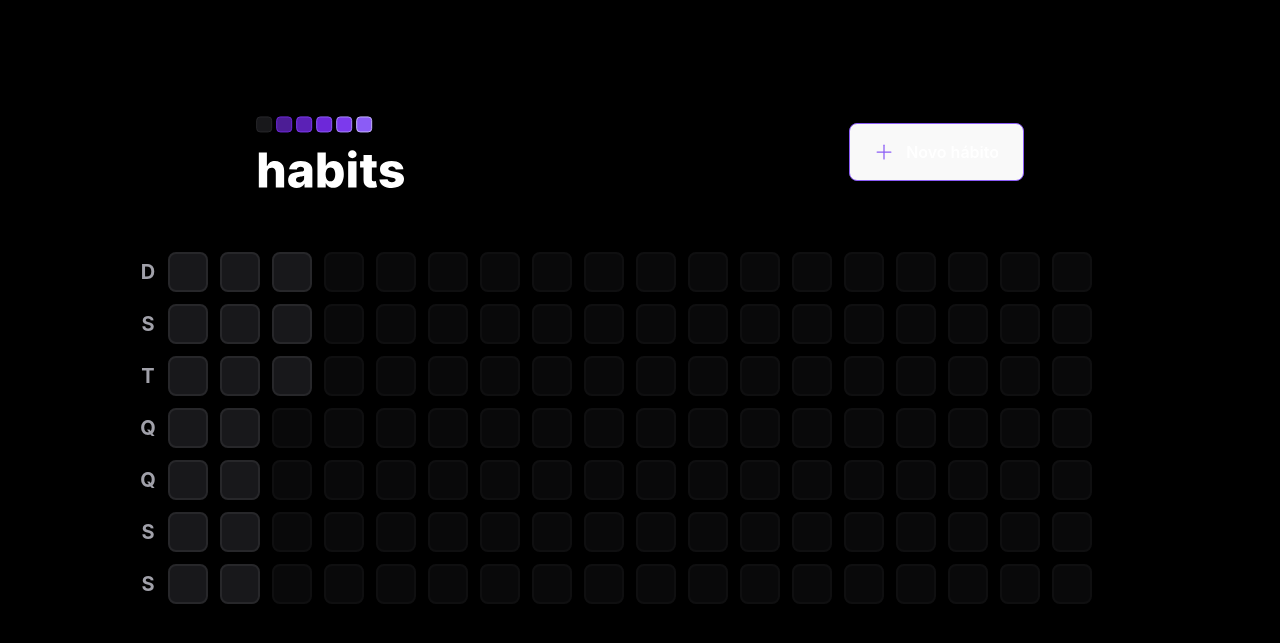
Repository: Herlander929/Setup-Constolador-de-h-bitos
Page: / (app in front-end/web/)
An editor plug-in stored every save of this project. The page is shown before and after the next save, followed by the edit.
The browser window is 1280 px wide. The pictures show the whole page.
The project was rebuilt for these pictures with package versions that can differ from the ones it lists, and the page was loaded fresh each time. Also part of the build but not shown: front-end/web/vite.config.ts.

Above is the page before, as saved 2023-01-20 11:52:22.

After the next save:
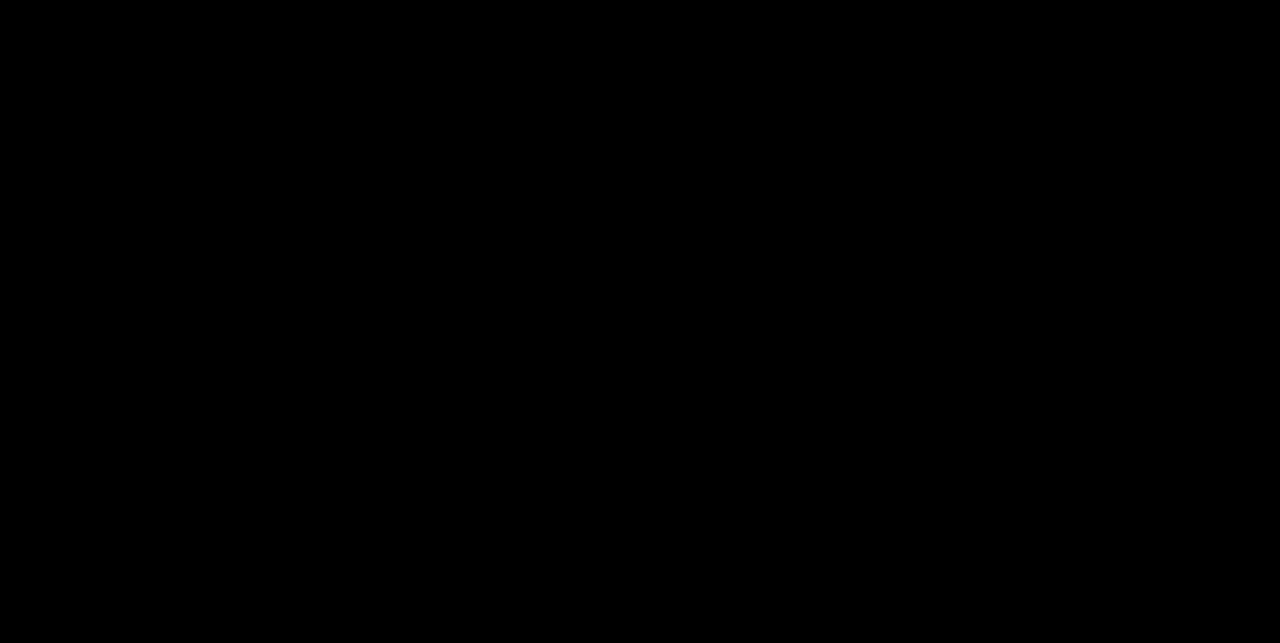
Console error: ReferenceError: buttonClicked is not defined
Saved 12 min 55 s later.
--- a/front-end/web/src/componentes/Header.tsx
+++ b/front-end/web/src/componentes/Header.tsx
@@ -1,23 +1,33 @@
 import LogoImage from '../assets/logo.svg'
-import {Plus} from 'phosphor-react'
+import * as Dialog from '@radix-ui/react-dialog';
+import { Plus } from 'phosphor-react'
+import { useState } from 'react';
 
 
-export function Header(){
+export function Header() {
 
-    function buttonClicked() {
-        alert('Clicou!')
-    }
+
+
     return (
         <div className="w-full max-w-3xl mx-auto flex items-center justify-between">
-        <img src={LogoImage} alt="habits"/>
-        <button
-        type="button"
-        onClick={buttonClicked}
-        className="border border-violet-500 font-semibold rounded-lg px-6 py-4 flex items-center gap-3 hover:border-violet-300"
-        >
-          <Plus size={20} className="text-violet-500"/>
-            Novo hábito
-        </button>
+            <img src={LogoImage} alt="habits" />
+            <Dialog.Root>
+                <Dialog.Trigger
+                    type="button"
+                    onClick={buttonClicked}
+                    className="border border-violet-500 font-semibold rounded-lg px-6 py-4 flex items-center gap-3 hover:border-violet-300"
+                >
+                    <Plus size={20} className="text-violet-500" />
+                    Novo hábito
+                    </Dialog.Trigger>
+            </Dialog.Root>
+            <Dialog.Portal>
+                <Dialog.Overlay/>
+                <Dialog.Content>
+                    Contúdo do Modal
+                </Dialog.Content>
+            </Dialog.Portal>
+
         </div>
     )
 }

After the 6 saves that followed:
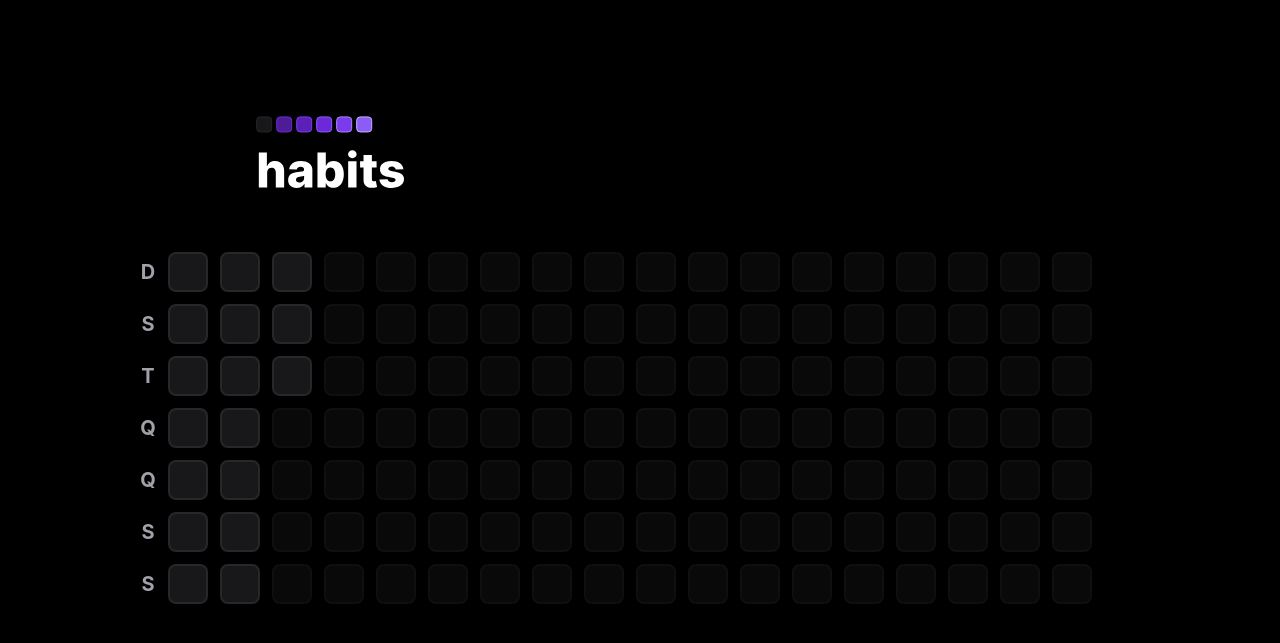
The error is gone.
The 6 saves are shown as one change because 5 left the picture as it was.
The last was saved 7 min 23 s later.
--- a/front-end/web/src/componentes/Header.tsx
+++ b/front-end/web/src/componentes/Header.tsx
@@ -1,7 +1,6 @@
 import LogoImage from '../assets/logo.svg'
 import * as Dialog from '@radix-ui/react-dialog';
 import { Plus } from 'phosphor-react'
-import { useState } from 'react';
 
 
 export function Header() {
@@ -11,22 +10,23 @@
     return (
         <div className="w-full max-w-3xl mx-auto flex items-center justify-between">
             <img src={LogoImage} alt="habits" />
-            <Dialog.Root>
+
+           {/*  <Dialog.Root>
                 <Dialog.Trigger
                     type="button"
-                    onClick={buttonClicked}
                     className="border border-violet-500 font-semibold rounded-lg px-6 py-4 flex items-center gap-3 hover:border-violet-300"
                 >
                     <Plus size={20} className="text-violet-500" />
                     Novo hábito
                     </Dialog.Trigger>
             </Dialog.Root>
+
             <Dialog.Portal>
-                <Dialog.Overlay/>
-                <Dialog.Content>
+                <Dialog.Overlay className='w-screen h-screen bg-black/80 fixed inset-0'/>
+                <Dialog.Content className='absolute p-10 bg-zinc-900 rounded-2xl w-full max-w-md top-1/2 left-1/2 -translate-x-1/2 -translate-y-1/2'>
                     Contúdo do Modal
                 </Dialog.Content>
-            </Dialog.Portal>
+            </Dialog.Portal> */}
 
         </div>
     )
